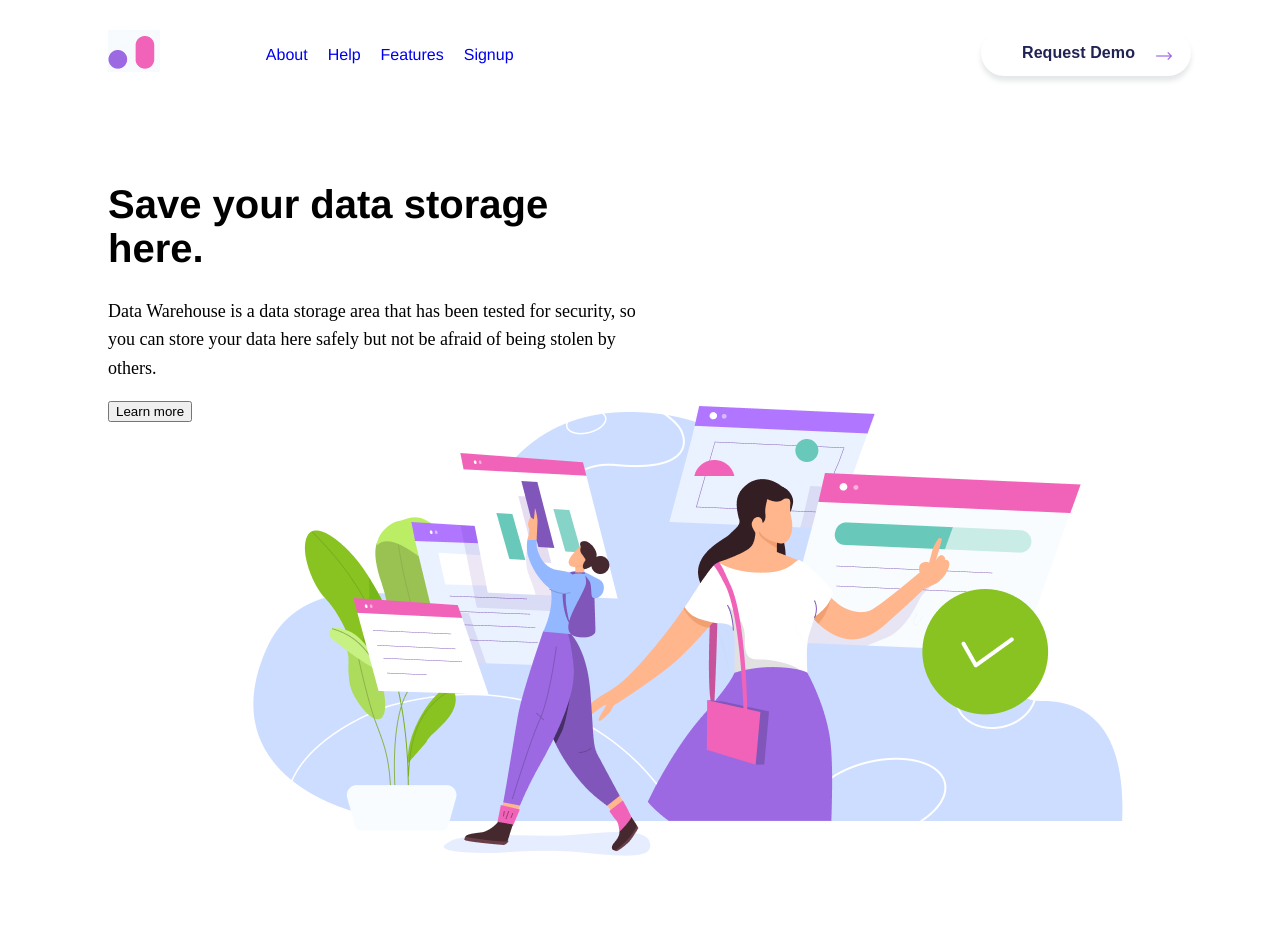
Repository: batonAnton/HW6_flexbox
Page: index.html
An editor plug-in stored every save of this project. The page is shown before and after the next save, followed by the edit.
The browser window is 1280 px wide. The pictures show the whole page.
Some web fonts or font styles are not loaded; a fallback is used.

Above is the page before, as saved 2022-06-17 17:24:44.

### index.html
<!DOCTYPE html>
<html lang="en">
<head>
    <meta charset="UTF-8">
    <meta http-equiv="X-UA-Compatible" content="IE=edge">
    <meta name="viewport" content="width=device-width, initial-scale=1.0">
    <link href="http://fonts.cdnfonts.com/css/helvetica-neue-9" rel="stylesheet">
    <link rel="stylesheet" href="/css/style.css">
    <title>FlexBox</title>
</head>
<body>
    <header>
        <div class="logo">
            <img src="./images/logo.png" alt="logo">
        </div>

        <nav>
            <ul>
                <li>
                    <a href="#">about</a>
                </li>
                <li>
                    <a href="#">help</a>
                </li>
                <li>
                    <a href="#">features</a>
                </li>
                <li>
                    <a href="#">signup</a>
                </li>
            </ul>
        </nav>

        <div class="header-btn">
            <div>
                <button>request demo</button>
            </div>
            <div class="btn-img">
                <img src="./images/right-arrow.png" alt="arrow-right" >
            </div>
        </div>
    </header>

    <div class="section">
        <div class="info">
            <h1>Save your data storage here.</h1>
            <p>Data Warehouse is a data storage area that has been
                tested for security, so you can store your data here
                safely but not be afraid of being stolen by others.</p>
            <button>Learn more</button>
        </div>

        <div class="section-img">
            <img src="./images/headerImg.png" alt="">
        </div>
    </div>
</body>
</html>

### css/style.css
body {
  box-sizing: border-box;
  font-family: 'Avenir';
  src: url('../fonts/Avenir.eot?#iefix') format('embedded-opentype'),  url('../fonts/Avenir.woff') format('woff'), url('../fonts/Avenir.ttf')  format('truetype'), url('../fonts/Avenir.svg#Avenir') format('svg');
}

header {
  display: flex;
  margin: 30px 100px;
  justify-content: space-between;
  /* border: 1px solid gray; */
  font-family: 'Avenir', Helvetica, sans-serif;
  font-size: 16px;

}

nav{
  margin-right:40%;
}

nav ul  {
  display: flex;
  list-style: none;
  color:#4B5D68;
}



nav ul li a{
    text-decoration: none;
    padding-left: 20px;
    text-transform: capitalize;
}

.header-btn{
    display: flex;
    justify-content: center;
}

.header-btn button{
    padding: 15px 30px 15px 15px;
    text-transform: capitalize;
    border: none;
    border-radius: 50px;
    background: #FFFFFF;
    box-shadow: 0px 5px 5px rgb(75 93 104 / 15%);
    width: 210px;
    color: #212353;
    font-size: 16px;
    font-weight: 800;
    line-height: 100%;
    letter-spacing: 0.005em;

}

.btn-img{
    margin-left: -35px;
    padding-left: -15px;
    align-self: center;
}




button img{
    padding-top: 5px;
    margin-left: 5px;
}

button:hover{
    border: 1px solid rgba(156, 105, 226, 1);
    text-decoration: underline;
}

.section{
    display: flex;
    margin: 70px 100px;
    position: relative;
    height: 100vh;
}

.info{
    width: 50%;
}

.section h1{
    font-style: normal;
    font-weight: 700;
    font-size: 40px;
    line-height: 110%;
    font-family: 'Helvetica Neue', sans-serif;
}

.section p{
    font-family: 'Avenir';
    font-style: normal;
    font-weight: 500;
    font-size: 18px;
    line-height: 160%;
}

.section-img{
    width: 870px;
    position: absolute;
    bottom: 0;
    right: 6%;

}

After the next save:
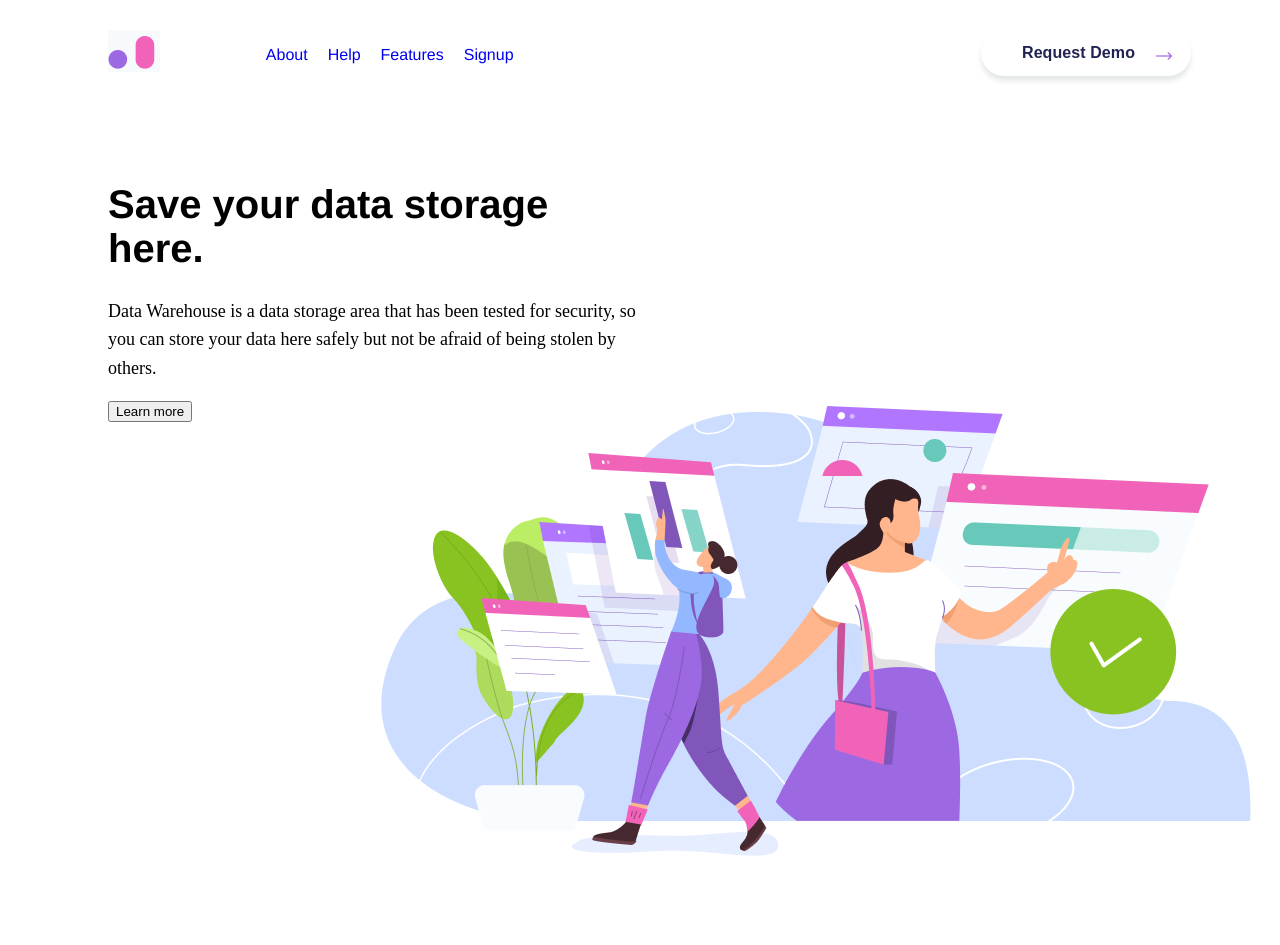
Saved 5 min 7 s later.
--- a/css/style.css
+++ b/css/style.css
@@ -103,6 +103,9 @@ button:hover{
     width: 870px;
     position: absolute;
     bottom: 0;
-    right: 6%;
+    right: -6%;
+    background-repeat: no-repeat;
+    background-position: center;
+    background-size: contain;
 
 }
